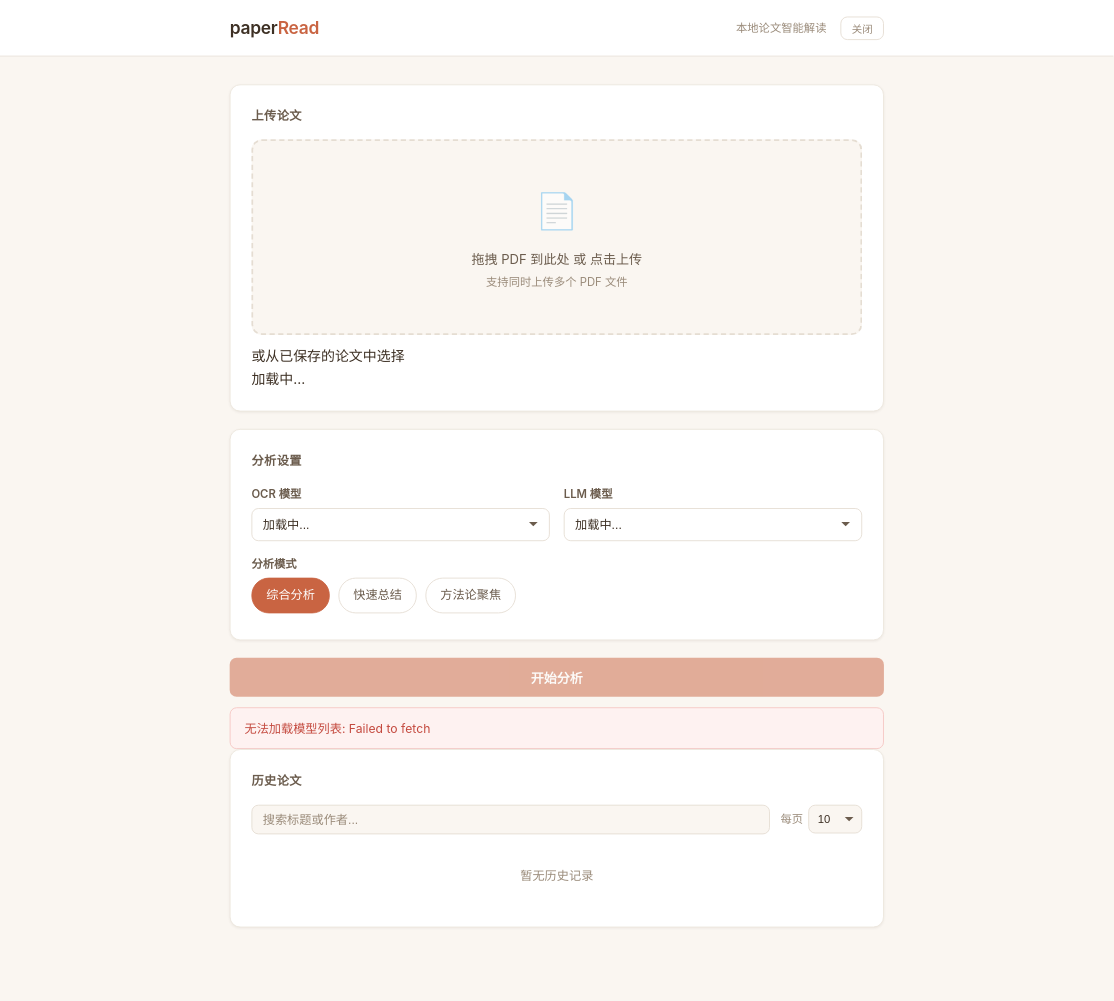
Repository: Skywarder0409/paperRead
Page: src/web/static/index.html
An editor plug-in stored every save of this project. The page is shown before and after the next save, followed by the edit.
The browser window is 1280 px wide. The pictures show the whole page, at 87% of full size.
The page's requests for data from a server got no answer.

Above is the page before, as saved 2026-02-06 16:11:28.

### src/web/static/index.html
<!DOCTYPE html>
<html lang="zh-CN">
<head>
    <meta charset="UTF-8">
    <meta name="viewport" content="width=device-width, initial-scale=1.0">
    <title>paperRead - 本地论文智能解读</title>
    <link rel="stylesheet" href="/static/style.css">
</head>
<body>
    <header class="header">
        <div class="header-inner">
            <div>
                <h1>paper<span>Read</span></h1>
            </div>
            <div class="header-right">
                <div class="header-subtitle">本地论文智能解读</div>
                <button class="btn-shutdown" id="btnShutdown" title="关闭服务器">关闭</button>
            </div>
        </div>
    </header>

    <main class="container">
        <!-- 上传区域 -->
        <div class="card">
            <div class="card-title">上传论文</div>
            <div class="upload-zone" id="uploadZone">
                <div class="upload-zone-icon">&#128196;</div>
                <div class="upload-zone-text">拖拽 PDF 到此处 或 点击上传</div>
                <div class="upload-zone-hint">支持同时上传多个 PDF 文件</div>
                <input type="file" id="fileInput" accept=".pdf" multiple>
            </div>
            <div class="file-list" id="fileList"></div>

            <div class="papers-divider">或从已保存的论文中选择</div>
            <div class="papers-library" id="papersLibrary">
                <div class="papers-library-status">加载中...</div>
            </div>
        </div>

        <!-- 模型与模式选择 -->
        <div class="card">
            <div class="card-title">分析设置</div>
            <div class="form-row">
                <div class="form-group">
                    <label for="ocrModel">OCR 模型</label>
                    <select id="ocrModel">
                        <option value="">加载中...</option>
                    </select>
                </div>
                <div class="form-group">
                    <label for="llmModel">LLM 模型</label>
                    <select id="llmModel">
                        <option value="">加载中...</option>
                    </select>
                </div>
            </div>
            <div class="form-group">
                <label>分析模式</label>
                <div class="mode-group">
                    <div class="mode-option">
                        <input type="radio" name="analysisType" id="modeComprehensive" value="comprehensive" checked>
                        <label for="modeComprehensive">综合分析</label>
                    </div>
                    <div class="mode-option">
                        <input type="radio" name="analysisType" id="modeQuick" value="quick">
                        <label for="modeQuick">快速总结</label>
                    </div>
                    <div class="mode-option">
                        <input type="radio" name="analysisType" id="modeMethodology" value="methodology_focus">
                        <label for="modeMethodology">方法论聚焦</label>
                    </div>
                </div>
            </div>
        </div>

        <!-- 开始按钮 -->
        <button class="btn btn-primary" id="btnAnalyze" disabled>开始分析</button>
        <div class="error-msg" id="errorMsg"></div>

        <!-- 进度 -->
        <div class="card progress-section" id="progressSection">
            <div class="card-title">分析进度<span class="progress-file-info" id="progressFileInfo"></span></div>
            <div class="progress-header">
                <span class="progress-stage" id="progressStage">准备中...</span>
                <span class="progress-percent" id="progressPercent">0%</span>
            </div>
            <div class="progress-bar">
                <div class="progress-fill" id="progressFill"></div>
            </div>
            <div class="progress-detail" id="progressDetail"></div>
        </div>

        <!-- 结果 -->
        <div class="card result-section" id="resultSection">
            <div class="card-title">分析结果</div>
            <div class="result-tabs">
                <button class="result-tab active" data-tab="markdown">报告</button>
                <button class="result-tab" data-tab="json">JSON 数据</button>
            </div>
            <div class="result-content" id="resultMarkdown"></div>
            <div class="result-content result-json" id="resultJson"></div>
            <div class="download-bar" id="downloadBar">
                <button class="btn-download" id="btnDownloadMd">下载 Markdown 报告</button>
                <button class="btn-download btn-download-secondary" id="btnDownloadJson">下载 JSON 数据</button>
            </div>
        </div>

        <!-- 历史论文 -->
        <div class="card" id="historySection">
            <div class="card-title">历史论文</div>
            <div class="history-toolbar">
                <input type="text" class="history-search" id="historySearch" placeholder="搜索标题或作者...">
                <div class="history-page-size">
                    <label for="historyPageSize">每页</label>
                    <select id="historyPageSize">
                        <option value="10" selected>10</option>
                        <option value="50">50</option>
                        <option value="100">100</option>
                    </select>
                </div>
            </div>
            <div class="history-list" id="historyList">
                <div class="history-empty">暂无历史记录</div>
            </div>
            <div class="history-pagination" id="historyPagination"></div>
        </div>
    </main>

    <script src="/static/app.js?v=4"></script>
</body>
</html>

### src/web/static/style.css
/* Claude 官网风格 - 奶油色背景、棕色文字、暖色调 */

:root {
    --bg-primary: #faf6f1;
    --bg-secondary: #f3ede4;
    --bg-card: #ffffff;
    --text-primary: #3d3024;
    --text-secondary: #6b5c4d;
    --text-muted: #9a8b7a;
    --accent: #c96442;
    --accent-hover: #b5553a;
    --accent-light: #f5e6df;
    --border: #e5ddd2;
    --border-light: #ede7de;
    --success: #5a8a5e;
    --error: #c44a3f;
    --progress-bg: #e5ddd2;
    --progress-fill: #c96442;
    --shadow: 0 1px 3px rgba(61, 48, 36, 0.08);
    --shadow-lg: 0 4px 12px rgba(61, 48, 36, 0.12);
    --radius: 12px;
    --radius-sm: 8px;
}

* {
    margin: 0;
    padding: 0;
    box-sizing: border-box;
}

body {
    font-family: -apple-system, BlinkMacSystemFont, 'Segoe UI', system-ui, sans-serif;
    background: var(--bg-primary);
    color: var(--text-primary);
    line-height: 1.6;
    min-height: 100vh;
}

/* 头部 */
.header {
    background: var(--bg-card);
    border-bottom: 1px solid var(--border);
    padding: 16px 0;
    position: sticky;
    top: 0;
    z-index: 100;
}

.header-inner {
    max-width: 800px;
    margin: 0 auto;
    padding: 0 24px;
    display: flex;
    align-items: center;
    justify-content: space-between;
}

.header h1 {
    font-size: 20px;
    font-weight: 600;
    color: var(--text-primary);
    letter-spacing: -0.3px;
}

.header h1 span {
    color: var(--accent);
}

.header-right {
    display: flex;
    align-items: center;
    gap: 16px;
}

.header-subtitle {
    font-size: 13px;
    color: var(--text-muted);
}

.btn-shutdown {
    padding: 4px 12px;
    font-size: 12px;
    color: var(--text-muted);
    background: transparent;
    border: 1px solid var(--border);
    border-radius: var(--radius-sm);
    cursor: pointer;
    transition: all 0.2s;
}

.btn-shutdown:hover {
    color: var(--error);
    border-color: var(--error);
    background: rgba(196, 74, 63, 0.06);
}

/* 主容器 */
.container {
    max-width: 800px;
    margin: 0 auto;
    padding: 32px 24px 64px;
}

/* 卡片 */
.card {
    background: var(--bg-card);
    border: 1px solid var(--border-light);
    border-radius: var(--radius);
    padding: 24px;
    margin-bottom: 20px;
    box-shadow: var(--shadow);
}

.card-title {
    font-size: 14px;
    font-weight: 600;
    color: var(--text-secondary);
    margin-bottom: 16px;
    text-transform: uppercase;
    letter-spacing: 0.5px;
}

/* 上传区域 */
.upload-zone {
    border: 2px dashed var(--border);
    border-radius: var(--radius);
    padding: 48px 24px;
    text-align: center;
    cursor: pointer;
    transition: all 0.2s ease;
    background: var(--bg-primary);
}

.upload-zone:hover,
.upload-zone.dragover {
    border-color: var(--accent);
    background: var(--accent-light);
}

.upload-zone-icon {
    font-size: 40px;
    margin-bottom: 12px;
    opacity: 0.6;
}

.upload-zone-text {
    font-size: 15px;
    color: var(--text-secondary);
    margin-bottom: 4px;
}

.upload-zone-hint {
    font-size: 13px;
    color: var(--text-muted);
}

.upload-zone input[type="file"] {
    display: none;
}

/* 文件列表 */
.file-list {
    margin-top: 12px;
}

.file-item {
    display: flex;
    align-items: center;
    justify-content: space-between;
    padding: 8px 12px;
    background: var(--bg-secondary);
    border-radius: var(--radius-sm);
    margin-bottom: 6px;
    font-size: 14px;
}

.file-item-name {
    color: var(--text-primary);
    font-weight: 500;
}

.file-item-remove {
    color: var(--text-muted);
    cursor: pointer;
    border: none;
    background: none;
    font-size: 16px;
    padding: 2px 6px;
    border-radius: 4px;
}

.file-item-remove:hover {
    background: var(--border);
    color: var(--error);
}

/* 表单控件 */
.form-row {
    display: flex;
    gap: 16px;
    margin-bottom: 16px;
}

.form-group {
    flex: 1;
}

.form-group label {
    display: block;
    font-size: 13px;
    font-weight: 600;
    color: var(--text-secondary);
    margin-bottom: 6px;
}

.form-group select {
    width: 100%;
    padding: 10px 12px;
    border: 1px solid var(--border);
    border-radius: var(--radius-sm);
    background: var(--bg-card);
    color: var(--text-primary);
    font-size: 14px;
    appearance: none;
    background-image: url("data:[embedded picture, 161 characters]");
    background-repeat: no-repeat;
    background-position: right 12px center;
    cursor: pointer;
}

.form-group select:focus {
    outline: none;
    border-color: var(--accent);
    box-shadow: 0 0 0 3px var(--accent-light);
}

/* 分析模式单选 */
.mode-group {
    display: flex;
    gap: 10px;
    flex-wrap: wrap;
}

.mode-option {
    position: relative;
}

.mode-option input[type="radio"] {
    position: absolute;
    opacity: 0;
}

.mode-option label {
    display: inline-block;
    padding: 8px 16px;
    border: 1px solid var(--border);
    border-radius: 20px;
    font-size: 14px;
    color: var(--text-secondary);
    cursor: pointer;
    transition: all 0.2s ease;
    font-weight: 400;
}

.mode-option input:checked + label {
    background: var(--accent);
    color: white;
    border-color: var(--accent);
    font-weight: 500;
}

.mode-option label:hover {
    border-color: var(--accent);
}

/* 按钮 */
.btn {
    display: inline-flex;
    align-items: center;
    justify-content: center;
    padding: 12px 32px;
    border: none;
    border-radius: var(--radius-sm);
    font-size: 15px;
    font-weight: 600;
    cursor: pointer;
    transition: all 0.2s ease;
    width: 100%;
}

.btn-primary {
    background: var(--accent);
    color: white;
}

.btn-primary:hover:not(:disabled) {
    background: var(--accent-hover);
    box-shadow: var(--shadow-lg);
}

.btn-primary:disabled {
    opacity: 0.5;
    cursor: not-allowed;
}

/* 进度区域 */
.progress-section {
    display: none;
}

.progress-section.active {
    display: block;
}

.progress-file-info {
    margin-left: 10px;
    font-size: 13px;
    font-weight: 500;
    color: var(--text-muted);
    text-transform: none;
    letter-spacing: 0;
}

.progress-header {
    display: flex;
    justify-content: space-between;
    align-items: center;
    margin-bottom: 8px;
}

.progress-stage {
    font-size: 14px;
    font-weight: 600;
    color: var(--text-primary);
}

.progress-percent {
    font-size: 14px;
    color: var(--accent);
    font-weight: 600;
}

.progress-bar {
    width: 100%;
    height: 8px;
    background: var(--progress-bg);
    border-radius: 4px;
    overflow: hidden;
    margin-bottom: 8px;
}

.progress-fill {
    height: 100%;
    background: var(--progress-fill);
    border-radius: 4px;
    transition: width 0.3s ease;
    width: 0%;
}

.progress-detail {
    font-size: 13px;
    color: var(--text-muted);
}

/* 结果区域 */
.result-section {
    display: none;
}

.result-section.active {
    display: block;
}

.result-tabs {
    display: flex;
    border-bottom: 1px solid var(--border);
    margin-bottom: 16px;
}

.result-tab {
    padding: 8px 16px;
    border: none;
    background: none;
    font-size: 14px;
    color: var(--text-muted);
    cursor: pointer;
    border-bottom: 2px solid transparent;
    transition: all 0.2s;
}

.result-tab.active {
    color: var(--accent);
    border-bottom-color: var(--accent);
    font-weight: 600;
}

.result-content {
    max-height: 600px;
    overflow-y: auto;
    padding: 16px;
    background: var(--bg-primary);
    border-radius: var(--radius-sm);
    font-size: 14px;
    line-height: 1.7;
}

.result-content pre {
    background: var(--bg-secondary);
    padding: 12px;
    border-radius: var(--radius-sm);
    overflow-x: auto;
    font-size: 13px;
}

.result-content code {
    background: var(--bg-secondary);
    padding: 2px 6px;
    border-radius: 4px;
    font-size: 13px;
}

.result-content h1 { font-size: 22px; margin: 20px 0 12px; color: var(--text-primary); }
.result-content h2 { font-size: 18px; margin: 18px 0 10px; color: var(--text-primary); }
.result-content h3 { font-size: 16px; margin: 14px 0 8px; color: var(--text-secondary); }
.result-content p { margin-bottom: 10px; }
.result-content ul, .result-content ol { margin: 8px 0 8px 24px; }
.result-content li { margin-bottom: 4px; }
.result-content table { border-collapse: collapse; width: 100%; margin: 12px 0; }
.result-content th, .result-content td {
    border: 1px solid var(--border);
    padding: 8px 12px;
    text-align: left;
    font-size: 13px;
}
.result-content th { background: var(--bg-secondary); font-weight: 600; }
.result-content blockquote {
    border-left: 3px solid var(--accent);
    padding: 8px 16px;
    margin: 12px 0;
    color: var(--text-secondary);
    background: var(--accent-light);
    border-radius: 0 var(--radius-sm) var(--radius-sm) 0;
}
.result-content hr {
    border: none;
    border-top: 1px solid var(--border);
    margin: 16px 0;
}

/* JSON 视图 */
.result-json {
    display: none;
}

.result-json pre {
    white-space: pre-wrap;
    word-break: break-all;
}

/* 错误提示 */
.error-msg {
    background: #fef2f1;
    border: 1px solid #f5c6c2;
    color: var(--error);
    padding: 12px 16px;
    border-radius: var(--radius-sm);
    font-size: 14px;
    margin-top: 12px;
    display: none;
}

.error-msg.active {
    display: block;
}

/* 加载动画 */
@keyframes pulse {
    0%, 100% { opacity: 1; }
    50% { opacity: 0.5; }
}

.loading {
    animation: pulse 1.5s ease-in-out infinite;
}

/* 下载按钮栏 */
.download-bar {
    display: flex;
    gap: 12px;
    margin-top: 16px;
    padding-top: 16px;
    border-top: 1px solid var(--border-light);
}

.btn-download {
    flex: 1;
    display: inline-flex;
    align-items: center;
    justify-content: center;
    padding: 10px 20px;
    border: none;
    border-radius: var(--radius-sm);
    font-size: 14px;
    font-weight: 600;
    cursor: pointer;
    transition: all 0.2s ease;
    background: var(--accent);
    color: white;
}

.btn-download:hover {
    background: var(--accent-hover);
    box-shadow: var(--shadow-lg);
}

.btn-download-secondary {
    background: var(--bg-secondary);
    color: var(--text-primary);
    border: 1px solid var(--border);
}

.btn-download-secondary:hover {
    background: var(--border);
    box-shadow: var(--shadow);
}

/* 历史论文工具栏 */
.history-toolbar {
    display: flex;
    gap: 12px;
    margin-bottom: 12px;
    align-items: center;
}

.history-search {
    flex: 1;
    padding: 8px 12px;
    border: 1px solid var(--border);
    border-radius: var(--radius-sm);
    font-size: 14px;
    background: var(--bg-primary);
    color: var(--text-primary);
    outline: none;
    transition: border-color 0.2s;
}

.history-search:focus {
    border-color: var(--accent);
    box-shadow: 0 0 0 3px var(--accent-light);
}

.history-search::placeholder {
    color: var(--text-muted);
}

.history-page-size {
    display: flex;
    align-items: center;
    gap: 6px;
    flex-shrink: 0;
}

.history-page-size label {
    font-size: 13px;
    color: var(--text-muted);
    white-space: nowrap;
}

.history-page-size select {
    padding: 8px 28px 8px 10px;
    border: 1px solid var(--border);
    border-radius: var(--radius-sm);
    background: var(--bg-primary);
    color: var(--text-primary);
    font-size: 13px;
    appearance: none;
    background-image: url("data:[embedded picture, 161 characters]");
    background-repeat: no-repeat;
    background-position: right 8px center;
    cursor: pointer;
    outline: none;
}

.history-page-size select:focus {
    border-color: var(--accent);
}

/* 历史论文分页 */
.history-pagination {
    display: flex;
    justify-content: center;
    align-items: center;
    gap: 4px;
    margin-top: 12px;
}

.history-pagination:empty {
    display: none;
}

.history-pagination button {
    padding: 5px 10px;
    border: 1px solid var(--border);
    border-radius: 6px;
    background: var(--bg-card);
    color: var(--text-secondary);
    font-size: 13px;
    cursor: pointer;
    transition: all 0.15s;
    min-width: 32px;
}

.history-pagination button:hover:not(:disabled) {
    border-color: var(--accent);
    color: var(--accent);
}

.history-pagination button.active {
    background: var(--accent);
    color: white;
    border-color: var(--accent);
}

.history-pagination button:disabled {
    opacity: 0.4;
    cursor: not-allowed;
}

.history-pagination .page-info {
    font-size: 12px;
    color: var(--text-muted);
    padding: 0 8px;
}

/* 历史论文列表 */
.history-list {
    display: flex;
    flex-direction: column;
    gap: 8px;
}

.history-empty {
    text-align: center;
    color: var(--text-muted);
    padding: 24px;
    font-size: 14px;
}

.history-item {
    display: flex;
    align-items: center;
    justify-content: space-between;
    padding: 12px 16px;
    background: var(--bg-primary);
    border-radius: var(--radius-sm);
    border: 1px solid var(--border-light);
    transition: border-color 0.2s;
}

.history-item:hover {
    border-color: var(--accent);
}

.history-item-info {
    flex: 1;
    min-width: 0;
}

.history-item-title {
    font-size: 14px;
    font-weight: 600;
    color: var(--text-primary);
    white-space: nowrap;
    overflow: hidden;
    text-overflow: ellipsis;
}

.history-item-meta {
    font-size: 12px;
    color: var(--text-muted);
    margin-top: 2px;
}

.history-item-actions {
    display: flex;
    gap: 6px;
    margin-left: 12px;
    flex-shrink: 0;
}

.btn-history {
    padding: 5px 12px;
    border: 1px solid var(--border);
    border-radius: 6px;
    background: var(--bg-card);
    color: var(--text-secondary);
    font-size: 12px;
    font-weight: 500;
    cursor: pointer;
    transition: all 0.2s;
    position: relative;
}

.btn-history:hover {
    border-color: var(--accent);
    color: var(--accent);
}

.btn-history-read {
    background: var(--accent);
    color: white;
    border-color: var(--accent);
}

.btn-history-read:hover {
    background: var(--accent-hover);
    color: white;
}

/* 下载下拉菜单 */
.download-dropdown {
    position: relative;
    display: inline-block;
}

.download-dropdown-menu {
    display: none;
    position: absolute;
    right: 0;
    top: 100%;
    margin-top: 4px;
    background: var(--bg-card);
    border: 1px solid var(--border);
    border-radius: var(--radius-sm);
    box-shadow: var(--shadow-lg);
    z-index: 50;
    min-width: 160px;
    overflow: hidden;
}

.download-dropdown-menu.active {
    display: block;
}

.download-dropdown-item {
    display: block;
    width: 100%;
    padding: 8px 14px;
    border: none;
    background: none;
    text-align: left;
    font-size: 13px;
    color: var(--text-primary);
    cursor: pointer;
    transition: background 0.15s;
}

.download-dropdown-item:hover {
    background: var(--bg-secondary);
}

/* 响应式 */
@media (max-width: 640px) {
    .container { padding: 16px 16px 48px; }
    .card { padding: 16px; }
    .form-row { flex-direction: column; gap: 12px; }
    .upload-zone { padding: 32px 16px; }
    .mode-group { gap: 6px; }
}

Loaded but not shown: src/web/static/app.js (717 lines, source omitted)

After the next save:
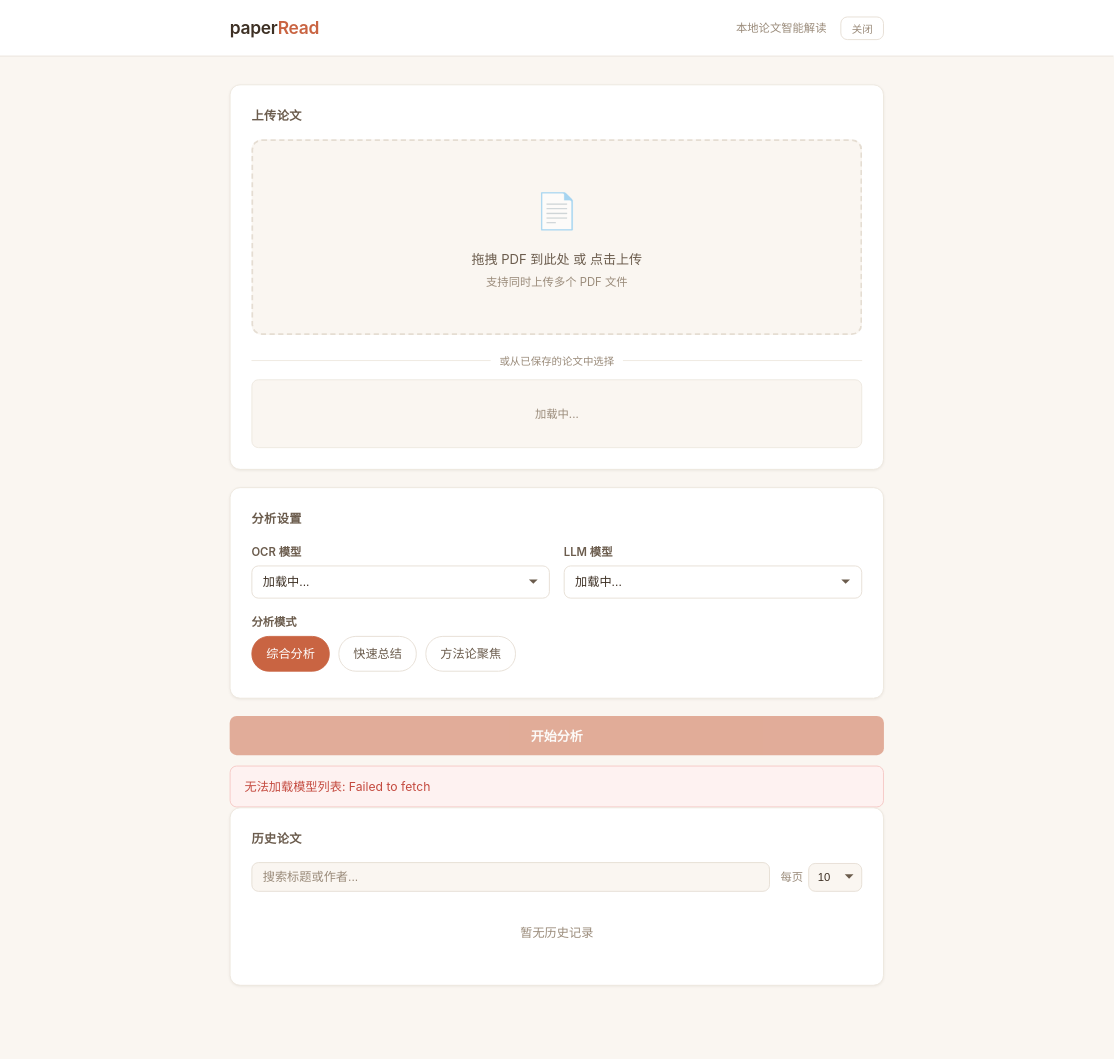
Saved 6 s later.
--- a/src/web/static/style.css
+++ b/src/web/static/style.css
@@ -194,6 +194,85 @@ body {
     color: var(--error);
 }
 
+/* 论文库 */
+.papers-divider {
+    font-size: 12px;
+    color: var(--text-muted);
+    text-align: center;
+    margin: 20px 0 12px;
+    position: relative;
+    display: flex;
+    align-items: center;
+    gap: 10px;
+}
+
+.papers-divider::before,
+.papers-divider::after {
+    content: "";
+    flex: 1;
+    height: 1px;
+    background: var(--border-light);
+}
+
+.papers-library {
+    max-height: 200px;
+    overflow-y: auto;
+    border: 1px solid var(--border-light);
+    border-radius: var(--radius-sm);
+    padding: 8px;
+    background: var(--bg-primary);
+}
+
+.papers-library::-webkit-scrollbar {
+    width: 6px;
+}
+
+.papers-library::-webkit-scrollbar-thumb {
+    background: var(--border);
+    border-radius: 3px;
+}
+
+.papers-library-status {
+    text-align: center;
+    padding: 20px;
+    font-size: 13px;
+    color: var(--text-muted);
+}
+
+.paper-lib-item {
+    display: flex;
+    align-items: center;
+    padding: 8px 12px;
+    cursor: pointer;
+    border-radius: 6px;
+    transition: all 0.2s;
+    font-size: 13px;
+    color: var(--text-secondary);
+}
+
+.paper-lib-item:hover {
+    background: var(--bg-secondary);
+    color: var(--accent);
+}
+
+.paper-lib-item.selected {
+    background: var(--accent-light);
+    color: var(--accent);
+    font-weight: 500;
+}
+
+.paper-lib-item-icon {
+    margin-right: 8px;
+    font-size: 14px;
+}
+
+.paper-lib-item-name {
+    flex: 1;
+    white-space: nowrap;
+    overflow: hidden;
+    text-overflow: ellipsis;
+}
+
 /* 表单控件 */
 .form-row {
     display: flex;
